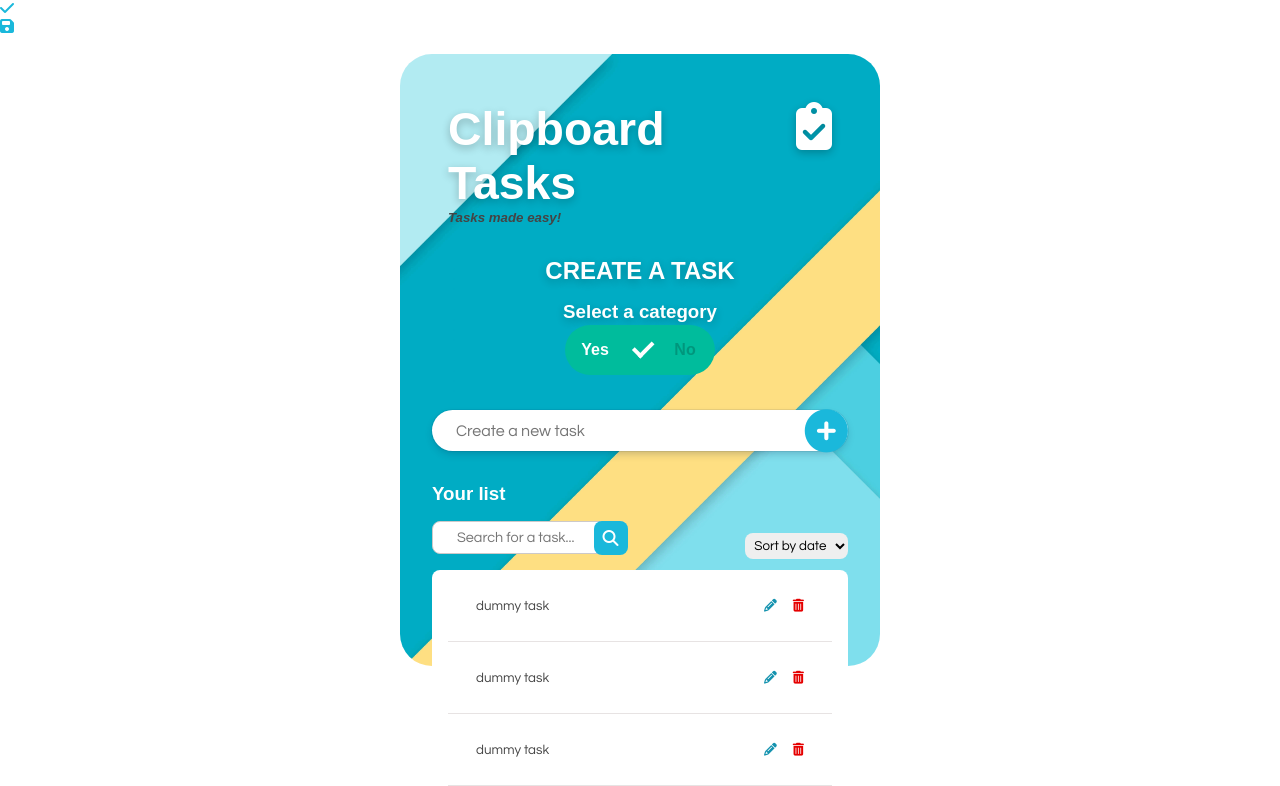
Repository: WesleyErasmus/Todo-App
Page: todoApp.html
These files come from the project's save history. The page is drawn as it stood at one moment and after the next save; the edit follows.
The browser window is 1280 px wide. The pictures show the whole page.
Some web fonts or font styles are not loaded; a fallback is used. Some web libraries are served in a nearby version.

Above is the page before, as saved 2022-06-12 16:59:56.

### todoApp.html
<!DOCTYPE html>
<html lang="en">
<head>
    <meta charset="UTF-8">
    <meta http-equiv="X-UA-Compatible" content="IE=edge">
    <meta name="viewport" content="width=device-width, initial-scale=1.0">
    <title>Todo App</title>
    <script src="https://kit.fontawesome.com/81ea498f91.js" crossorigin="anonymous"></script>
    <link rel="stylesheet" href="/source/css/todoApp.css">
    <script src="/source/script/todoApp.js" defer></script>
</head>
<body>
    <!-- App wrapper -->
    <main class="app-wrapper">
        <!-- App header -->
        <header>
            <div>
            <h1 class="slogan">Clipboard Tasks</h1>
            <h5 class="slogan-2"><em>Tasks made easy!</em></h5>
            </div>
            <div id="jumbotron-logo"><i class="fa-solid fa-clipboard-check fa-3x"></i></div>
        </header>

        <h2 id="create-task-heading">CREATE A TASK</h2>

        <!-- Categories section -->
        <section>
        <form id="todo-list-form">
           <div class="test">

            <h3 class="category-heading">Select a category</h3>

            <div class="toggle-radio">
                <input type="radio" name="rdo" id="yes" checked>
                <input type="radio" name="rdo" id="no">
                <div class="switch">
                  <label for="yes">Yes</label>
                  <label for="no">No</label>
                  <span></span>
                </div>
              </div>

            </div>
            <!-- <div class="category-selectors"> -->
                <!-- Personal category (make to assign as default, unless user selects work category) -->
                <!-- <label id="personal-label-btn">
                    <input type="radio" name="category" value="Personal" id="personal-category" />
                    <div>Personal</div>
                </label> -->
                <!-- Work category -->
                <!-- <label id="work-label-btn">
                    <input type="radio" name="category" value="Work" id="work-category" />
                    <div>Work</div>
                </label>
            </div> -->
            <!-- End of radio categories div -->
            <div class="create-submit">
            <input type="text" name="create-task" id="create-task" placeholder="Create a new task" />
            <button id="task-submit-btn" type="submit" value="create-new-task">
                <i class="fa-solid fa-circle-plus"></i>
            </button>
        </div>
        </form>
        </section>

        <!-- Task list is created here, new tasks are outputted below -->
        <section class="todo-list-output">
            <div id="list-header">
            <h3>Your list</h3>
            </div>
            <!-- SEARCH BAR -->
            <div id="search-filter-section">
                <form id="search-bar">
                <input type="text"
                id="search-bar"
                placeholder="Search for a task...">
                <button type="submit"><i class="fa fa-search"
                id="search-submit-btn"></i></button>
                </form>
                <!-- Classic filter dropdown -->
                <div>
                    <select name="filter" id="filter">
                    <option value="Date">Sort by date</option>
                    <option value="Name">Sort by title</option>
                    </select>
                    <!-- <i class="fa-solid fa-arrow-down-wide-short"></i> -->
                </div>

                </div>
            <!-- Actual task list output -->
            <div class="tasks" id="tasks">

                <div class="dummy-task">

                    <div class="task-name">
                        <input type="text"
                        class="text"
                        value="dummy task"
                        readonly>
                        <div class="edit-delete">
                            <button class="edit"><i class="fa-solid fa-pencil"></i></button>
                            <button class="delete"><i class="fa fa-trash" aria-hidden="true"></i></button>
                        </div>
                    </div>
                </div>

                <div class="dummy-task">

                    <div class="task-name">
                        <input type="text"
                        class="text"
                        value="dummy task"
                        readonly>
                        <div class="edit-delete">
                            <button class="edit"><i class="fa-solid fa-pencil"></i></button>
                            <button class="delete"><i class="fa fa-trash" aria-hidden="true"></i></button>
                        </div>
                    </div>
                </div>

                <div class="dummy-task">

                    <div class="task-name">
                        <input type="text"
                        class="text"
                        value="dummy task"
                        readonly>
                        <div class="edit-delete">
                            <button class="edit"><i class="fa-solid fa-pencil"></i></button>
                            <button class="delete"><i class="fa fa-trash" aria-hidden="true"></i></button>
                        </div>
                    </div>
                </div>

            </div>

        </section>

    </main> <!-- End of App wrapper -->
        <!-- Save icon and task complete icon -->
                <li><i class="fa-solid fa-check"></i></li>
                <li><i class="fa-solid fa-floppy-disk"></i></li>

</body>
</html>

### source/css/todoApp.css
@import url('https://fonts.googleapis.com/css2?family=Lexend+Tera:wght@100&family=Questrial&display=swap');


/* CSS Variables */
:root {
    --background-color: #fff;
    --primary: #1AB8DB;
    --secondary: #1593AF;
    --delete: #E50000;
    --grey: #ccc9c9;
    --dark-grey: #444444;

    --text-shadows: text-shadow: rgba(0, 0, 0, 0.24) 0px 3px 8px;
    --box-shadows: box-shadow: rgba(9, 30, 66, 0.25) 0px 4px 8px -2px, rgba(9, 30, 66, 0.08) 0px 0px 0px 1px;

    /* add linear gradients */
}

/* Universal selector styling */
* {
    box-sizing: border-box;
    margin: 0;
    padding: 0;
    font-family: 'Lexend Tera', sans-serif;
    list-style: none;
}

/* Below will remove input and checkbox default styling */
input:not([type="radio"]):not([type="checkbox"]), button {
	appearance: none;
	border: none;
	outline: none;
	background: none;
	cursor: initial;
}

/* *** UNIVERSAL BUTTON STYLING *** */
button {
	appearance: none;
	border: none;
	outline: none;
	background: none;
	cursor: initial;
    cursor: pointer;
}

body {
    background-color: var(--background-color);
    color: var(--primary);
}

main {
    padding-top: 2rem;
    background-color: var(--secondary);
    background-image: url(/images/bg-1.jpg);
    background-size: cover;
    background-position: center;
    background-repeat: no-repeat;
    border-radius: 2rem;
    padding-left: 2rem;
    padding-right: 2rem;
    flex: 1 1 0%;
    align-items: center;
    justify-content: center;
    max-width: 480px;
    height: 85vh;
    width: 100%;
    position: absolute;
    top: 50%;
    left: 50%;
    margin-right: -50%;
    transform: translate(-50%, -50%)
}

section {
    margin-top: 1rem;
    margin-bottom: 2rem;
}

header {
    display: flex;
    justify-content: space-between;
    padding: 1rem;
    border-radius: 1rem;
    /* add gradient color to font and logo */
}
.slogan {
    color: #fff;
    font-family: 'Lexend Tera', sans-serif;
    font-size: 2.9rem;
    text-shadow: rgba(0, 0, 0, 0.24) 0px 3px 8px;
    /* -webkit-background-clip: text;
    -webkit-text-fill-color: transparent; */
}
.slogan-2 {
    color: #444444;
}

#jumbotron-logo {
    color: #fff;
    text-shadow: rgba(0, 0, 0, 0.24) 0px 3px 8px;
}
/* create task H3 styling*/
#create-task-heading {
    color: var(--background-color);
    margin-top: 1rem;
    text-align: center;
    text-shadow: rgba(0, 0, 0, 0.24) 0px 3px 8px;
}
/* Select category h2 styling */
.category-heading {
    color: var(--background-color);
    text-align: center;
    margin-bottom: 0.75rem;
    text-shadow: rgba(0, 0, 0, 0.24) 0px 3px 8px;
}

/* Work / personal category selector styling */
.category-selectors {
    display: grid;
    grid-template-columns: repeat(2, 1fr);
    grid-gap: 1rem;
    margin-bottom: 1rem;
}

label {
    font-family: 'Karla', sans-serif;
    font-weight: 590;
}

.category-selectors label{
    display: flex;
    flex-direction: column;
    justify-content: center;
    align-items: center;
    background-color: var(--primary);
    padding: 1rem 2rem;
    border-radius: 999999px;
    color: #fff;
    box-shadow: var(--box-shadows);
}

/* change the below id to #work-category-btn */
#work-label-btn {
    font-family: 'Karla', sans-serif;
    background-color: var(--grey);
}

#create-task {
    margin-top: 75px;
    font-family: 'Questrial', sans-serif;
	display: block;
	width: 100%;
	font-size: 1rem;
	padding: 0.79rem 1.5rem;
    padding-right: 0rem;
	color: var(--dark-grey);
	background-color: var(--background-color);
    box-shadow: rgba(9, 30, 66, 0.25) 0px 4px 8px -2px, rgba(9, 30, 66, 0.08) 0px 0px 0px 1px;
    border-radius: 9999px;

}

/* change to task add btn */
#task-submit-btn{
    position: absolute;
    display: block;
    right: 0rem;
    bottom: -0.5px;
    border: none;
    background-color: transparent;
    color: var(--primary);
}

.fa-circle-plus {
    font-size: 2.7rem;
}

/* add gradient color to fa-logo */

.create-submit {
    position: relative;
    display: flex;
    justify-content: center;
    align-items: center;
    text-align: center;
    margin-top: 0.5rem;
}

.create-task {
    text-align: center;
}

#list-header {
width: 80%;
display: flex;
justify-content: space-between;
margin-bottom: 1rem;
color: #fff;
}

#search-filter-section {
    display: flex;
    margin: 0 auto;
    justify-content: space-between;
    margin-top: 1rem;
    text-align: center;
    align-items: center;
}

#search-bar {
    position: relative;
    display: flex;
    justify-content: center;
    align-items: center;
    width: 47%;
}

#search-bar input{
    font-family: 'Questrial', sans-serif;
	display: block;
	width: 100%;
	font-size: 0.9rem;
	padding: 0.50rem 1.5rem;
    padding-right: 0rem;
	color: var(--dark-grey);
	background-color: var(--background-color);
    border: 0.1px solid var(--grey);
    border-radius: 0.5rem;
    margin-bottom: 1rem;
}

#search-submit-btn {
    position: absolute;
    display: block;
    right: 0rem;
    top: 0;
    background-color: var(--primary);
    border-top-left-radius: 0.5rem;
    border-bottom-left-radius: 0.5rem;
    border-top-right-radius: 0.5rem;
    border-bottom-right-radius: 0.5rem;
    padding: 0.56rem;
    color: #fff;
}

/* Font-awesome search icon styling */
.fa-search {
    font-size: 1rem;
    color: var(--primary);
}

/* Filter styling */
.filter {
    font-family: 'Questrial', sans-serif;
    font-size: 1.1rem;
    font-weight: 500;
    color: var(--secondary);
    text-shadow: var(--text-shadows);
}

.fa-arrow-down-wide-short {
    color: var(--primary);
}

select {
    margin-left: 0.3rem;
    padding: 0.3rem;
    border: none;
    outline: 0;
    /* border: 1px var(--grey) solid; */
    border-radius: 0.5rem;
    font-family: 'Questrial', sans-serif;
    box-shadow: var(--box-shadows);
}
option {
    font-family: 'Questrial', sans-serif;
}

#tasks {
    border-radius: 0.5rem;
    background-color: #fff;
}

#tasks .task-name {
    display: flex;
    justify-content: space-between;
    background-color: var(--background-color);
    padding: 1.75rem;
    background-color: #fff;
    margin-bottom: 0rem;
    margin: 0 1rem;
    border-bottom: 0.01px solid rgba(229, 225, 225, 0.919);
}

.dummy-task .task-name {
    flex: 1 1 0%;
}

.dummy-task .task-name .text {
    color: var(--dark-grey);
    font-family: 'Questrial', sans-serif;
    width: 100%;
    display: block;
    transition: 0.4s;
}

.dummy-task .edit-delete {
    display: flex;
    margin: 0 -0.5rem;

}

/* Edit button styling */

.fa-pencil {
    color: var(--secondary);
}

.fa-trash {
    color: var(--delete);
}

.dummy-task .edit-delete button {
    cursor: pointer;
    margin: 0 0.5rem;
    font-size: 0.8rem;
    font-weight: 700;
    text-transform: uppercase;
    transition: 0.4s;
}



/* CATEGORY TOGGLE */
.toggle-radio {
    top: 20px;
    position: relative;
}

.switch {
    position: absolute;
    top: 50%;
    left: 50%;
    width: 150px;
    height: 50px;
    text-align: center;
    margin: -30px 0 0 -75px;
    background: #00bc9c;
    transition: all 0.2s ease;
    border-radius: 25px;
  }
  .switch span {
    position: absolute;
    width: 20px;
    height: 4px;
    top: 50%;
    left: 50%;
    margin: -2px 0px 0px -4px;
    background: #fff;
    display: block;
    transform: rotate(-45deg);
    transition: all 0.2s ease;
  }
  .switch span:after {
    content: "";
    display: block;
    position: absolute;
    width: 4px;
    height: 12px;
    margin-top: -8px;
    background: #fff;
    transition: all 0.2s ease;
  }
  input[type=radio] {
    display: none;
  }
  .switch label {
    cursor: pointer;
    color: rgba(0,0,0,0.2);
    width: 60px;
    line-height: 50px;
    transition: all 0.2s ease;
  }
  label[for=yes] {
    position: absolute;
    left: 0px;
    height: 20px;
  }
  label[for=no] {
    position: absolute;
    right: 0px;
  }
  #no:checked ~ .switch {
    background: #eb4f37;
  }
  #no:checked ~ .switch span {
    background: #fff;
    margin-left: -8px;
  }
  #no:checked ~ .switch span:after {
    background: #fff;
    height: 20px;
    margin-top: -8px;
    margin-left: 8px;
  }
  #yes:checked ~ .switch label[for=yes] {
    color: #fff;
  }
  #no:checked ~ .switch label[for=no] {
    color: #fff;
  }

### source/script/todoApp.js
// *** FILTER BTN SCRIPT ***

/* When the user clicks on the button,
toggle between hiding and showing the dropdown content */
// function myFunction() {
//     document.getElementById("myDropdown").classList.toggle("show");
//   }

//   // Close the dropdown if the user clicks outside of it
//   window.onclick = function(event) {
//     if (!event.target.matches('.dropbtn')) {
//       var dropdowns = document.getElementsByClassName("dropdown-content");
//       var i;
//       for (i = 0; i < dropdowns.length; i++) {
//         var openDropdown = dropdowns[i];
//         if (openDropdown.classList.contains('show')) {
//           openDropdown.classList.remove('show');
//         }
//       }
//     }
//   }
//   *** END OF FILTER BUTTON ***

After the next save:
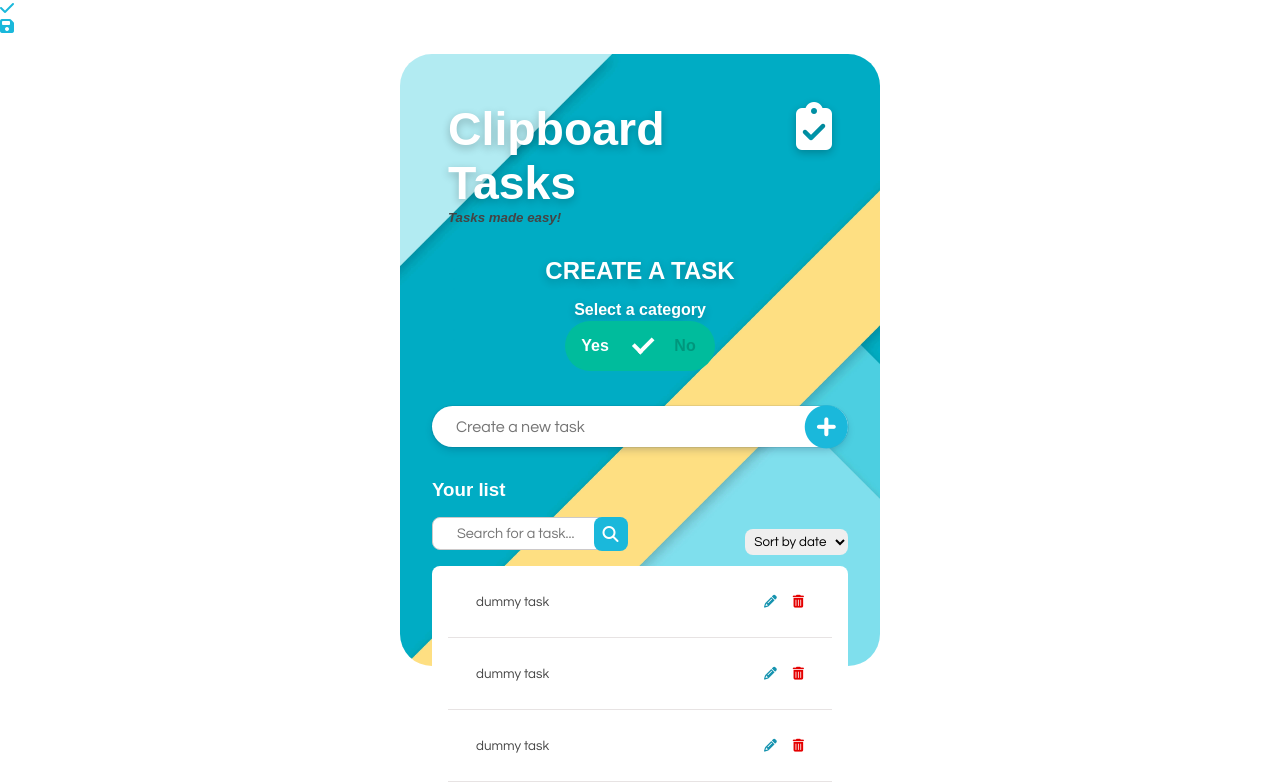
Saved 12 s later.
--- a/todoApp.html
+++ b/todoApp.html
@@ -28,7 +28,7 @@
         <form id="todo-list-form">
            <div class="test">
 
-            <h3 class="category-heading">Select a category</h3>
+            <h4 class="category-heading">Select a category</h4>
 
             <div class="toggle-radio">
                 <input type="radio" name="rdo" id="yes" checked>
